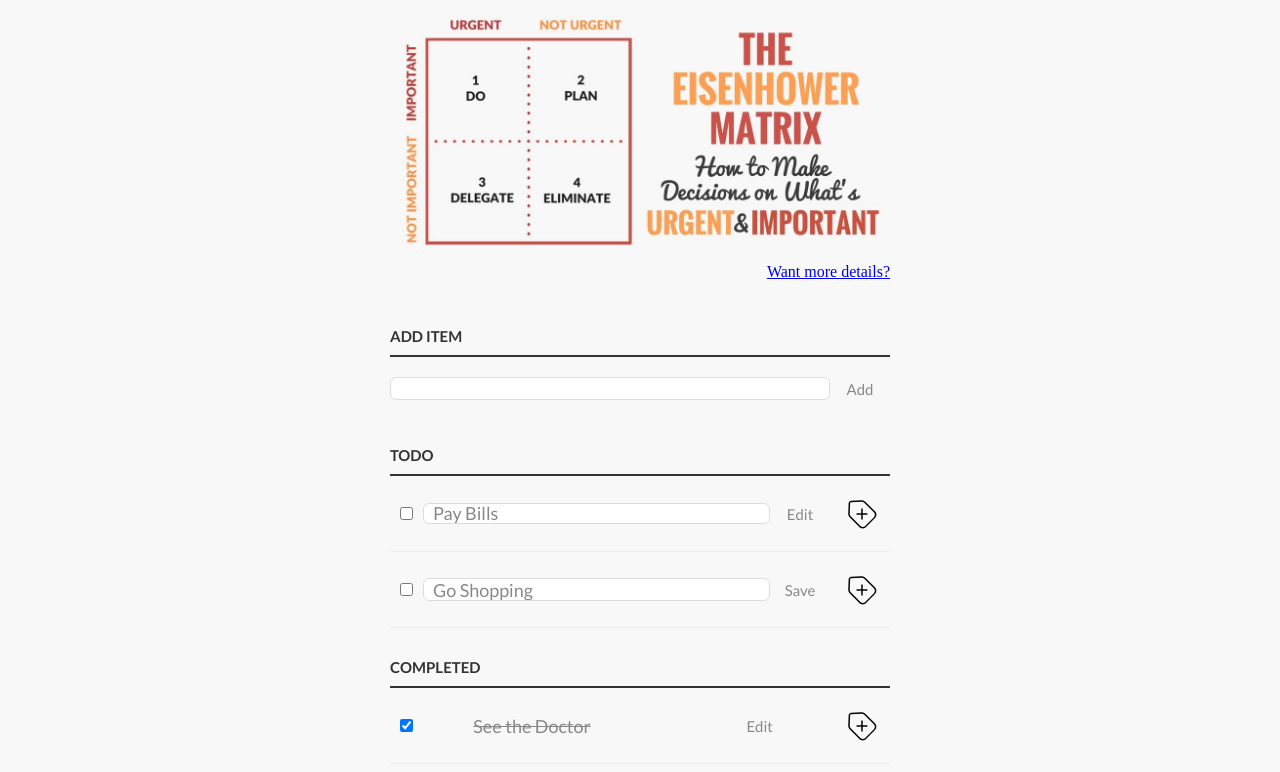
Repository: AlekseyRD88/clean-code-s1e1
Page: index.html
An editor plug-in stored every save of this project. The page is shown before and after the next save, followed by the edit.
The browser window is 1280 px wide. The pictures show the whole page.

Above is the page before, as saved 2024-12-15 13:49:52.

After the next save:
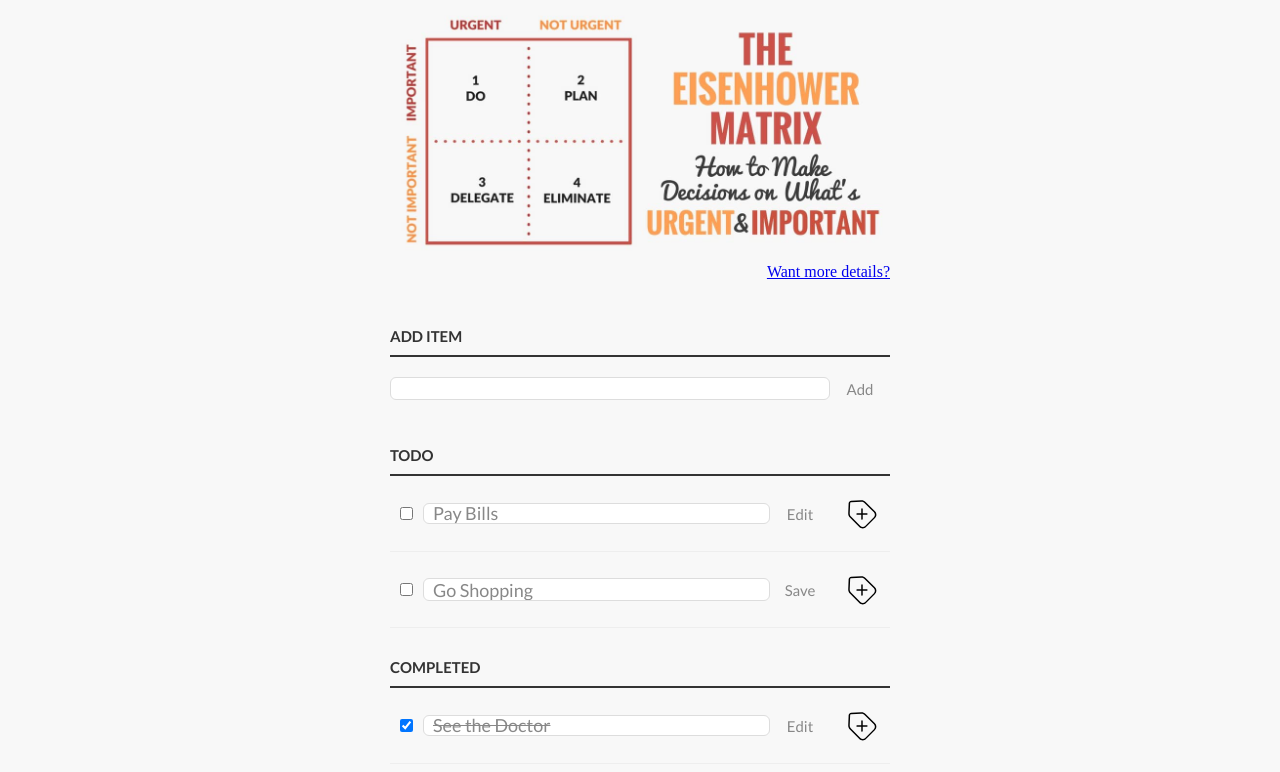
Saved 20 s later.
--- a/index.html
+++ b/index.html
@@ -42,7 +42,7 @@
       <ul id="completed-tasks" class="list">
         <li>
           <input type="checkbox" checked>
-          <label class="task-label">See the Doctor</label>
+          <label class="task">See the Doctor</label>
           <input type="text" class="task">
           <button class="button edit">Edit</button>
           <button class="button delete">
